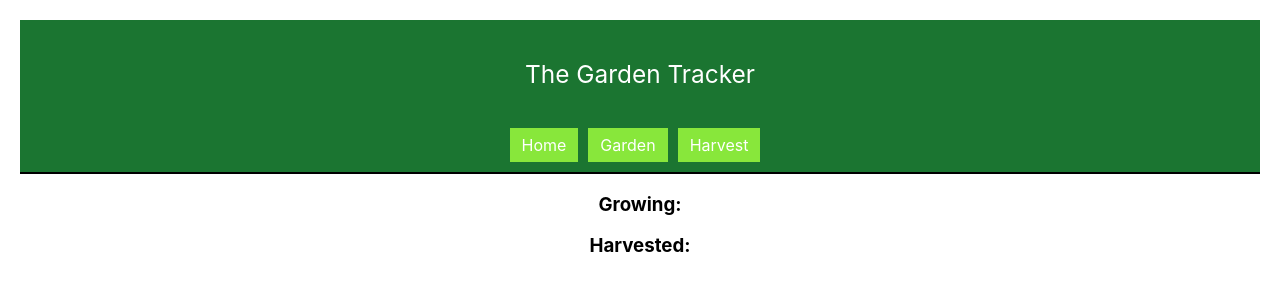
Repository: charliejp0311/ReactReduxFinal
Page: / (app in gardentracker/)
The author's editor kept a copy of each file at every save. The page is drawn from the files as they stood at one save, then again after the next save.
The browser window is 1280 px wide. The pictures show the whole page.
The page's requests for data from a server got no answer. The project was rebuilt for these pictures with package versions that can differ from the ones it lists, and the page was loaded fresh each time. No one was signed in, and anything a server would have sent is missing. Also part of the build but not shown: gardentracker/src/components/plantForm.js, gardentracker/src/components/GardenPlant.js, gardentracker/src/components/HarvestPlant.js, gardentracker/src/components/plantList.js, gardentracker/src/components/sideNav.js, gardentracker/src/containers/GardenContainer.js, gardentracker/src/containers/HarvestContainer.js, gardentracker/src/components/UpdatePlantForm.js and 4 more.

Above is the page before, as saved 2020-11-12 09:35:01.

### gardentracker/src/index.js
import React from 'react';
import ReactDOM from 'react-dom';
//style
import './index.css';
//APP
import App from './containers/App';
//Reducer
import reducer from './redux/index'
//router
import { BrowserRouter } from "react-router-dom";
//store and middleware
import { Provider } from 'react-redux';
import { applyMiddleware, createStore } from 'redux';
import { composeWithDevTools } from 'redux-devtools-extension';
import thunk from 'redux-thunk';

const store = createStore(reducer, composeWithDevTools(
  applyMiddleware(thunk),
));


ReactDOM.render(
  <Provider store={store}>
    <BrowserRouter>
      <App />
    </BrowserRouter>
  </Provider>,
  document.getElementById('root')
);

### gardentracker/src/containers/App.js
import React,{Component} from 'react';
import '../App.css';
import { connect } from 'react-redux';
import {startSetGardenbook} from '../redux/actions';
import {Switch,Route} from 'react-router-dom';
import GardenbookContainer from './GardenbookContainer';
import GardenContainer from './GardenContainer';
import HarvestContainer from './HarvestContainer';
import PlantContainer from './PlantContainer';
import NavBar from '../components/Navbar';
import HarvestedPlant from '../components/HarvestedPlant';

class App extends Component {


  componentDidMount(){
    this.props.startSetGardenbook();

  };

  render(){
    return (
      <div className="App">
          <header className="App-header">
            The Garden Tracker
          </header>
          <NavBar />
          <Switch>
            <Route exact path='/' render={(props)=><GardenbookContainer {...props} />} />
            <Route exact path='/garden' render={(props)=><GardenContainer {...props} />}/>
            <Route exact path='/harvest' render={(props)=><HarvestContainer {...props}/>}/>
            <Route exact path='/plants/:id' render={(props)=><PlantContainer {...props}  />}/>
            <Route exact path='/harvested_plant/:id' render={props=><HarvestedPlant {...props} />} />
          </Switch>
      </div>
    );
  };
}

export default connect(null, {startSetGardenbook})(App);

### gardentracker/src/redux/index.js
import { combineReducers } from 'redux';
import garden from './GardenReducer'

export default combineReducers({
    garden
})

### gardentracker/src/App.css
.App {
  text-align: center;
  transition: margin-left .5s;
  padding: 20px;
}

.App-logo {
  height: 40vmin;
  pointer-events: none;
}

/* @media (prefers-reduced-motion: no-preference) {
  .App-logo {
    animation: App-logo-spin infinite 20s linear;
  }
} */

.App-header {
  background-color: #1b7531;
  min-height: 15vh;
  display: flex;
  flex-direction: column;
  align-items: center;
  justify-content: center;
  font-size: calc(10px + 2vmin);
  color: white;
}
.sidenav {
  height: 100%;
  width: 15%;
  position: fixed;
  z-index: 1;
  top: 15vh;
  left: 0;
  background-color: #1b7531;
  overflow-x: hidden;
  padding-top: 60px;
  transition: 0.5s;
}

/* The navigation menu links */
.sidenav a {
  padding: 8px 8px 8px 32px;
  text-decoration: none;
  font-size: 25px;
  color: #818181;
  display: block;
  transition: 0.3s;
}

/* When you mouse over the navigation links, change their color */
.sidenav a:hover {
  color: #f1f1f1;
}

/* Position and style the close button (top right corner) */
.sidenav .closebtn {
  position: absolute;
  top: 0;
  right: 25px;
  font-size: 36px;
  margin-left: 50px;
}



/* On smaller screens, where height is less than 450px, change the style of the sidenav (less padding and a smaller font size) */
@media screen and (max-height: 450px) {
  .sidenav {
    padding-top: 15px;
  }

  .sidenav a {
    font-size: 18px;
  }
}

ul {
  list-style: none;
}

.garden div {
  column-count: auto;
}
.App-link {
  color: #beebf8;
}

.garden {
  display: grid;
  grid-template-columns: 3fr;
  grid-template-rows: auto;
  grid-gap: 25px;
  padding-top: 10px;
  padding-bottom: 30px;
}

.plant {
  height: auto;
  width: auto;
  box-shadow: 10px 10px grey;
  padding: 10px;
  border-radius: 10px;
}

.navBar a:link,
.navBar a:visited {
  background-color: #88e73b;
  color: white;
  padding: 7px 12px;
  text-align: center;
  text-decoration: none;
  display: inline-block;
}

.navBar a:hover,
.navBar a:active {
  background-color: #1b7531;
}

@keyframes App-logo-spin {
  from {
    transform: rotate(0deg);
  }
  to {
    transform: rotate(360deg);
  }
}

### gardentracker/src/redux/actions.js

export const startSetGardenbook = () => {
    return(dispatch, getState)=>{
        fetch('http://localhost:3001/gardenbooks/1')
            .then(resp=>resp.json())
            .then(data=> dispatch(setGardenbook(data)))
    };
};

export const startAddPlant = (plantData={}) => {
    const {name,description,gardenbook_id} = plantData;
    const plant ={
        name,
        description,
        gardenbook_id,
    };
    let configObj = {
        method: "POST",
        headers: {
            "Content-Type": "application/json",
            "Accept": "application/json"
        },
        body: JSON.stringify(plant)
    };
    return (dispatch, getState) =>{
        fetch(`http://localhost:3001/plants`, configObj )
        .then(resp=>resp.json())
        .then(json=>dispatch(addPlant(json)))
    };
};

export const startUpdatePlant = (plantData={}) => {
    const {name,description,gardenbook_id, id, growing} = plantData;
    const plant ={
        id,
        name,
        description,
        gardenbook_id,
        growing,
    };
    let configObj = {
        method: "PATCH",
        headers: {
            "Content-Type": "application/json",
            "Accept": "application/json"
        },
        body: JSON.stringify(plant)
    };
    return (dispatch, getState) =>{
        fetch(`http://localhost:3001/plants/${plant.id}`, configObj )
        .then(resp=>resp.json())
        .then(json=>dispatch(updatePlant(json)))
    };
};

export const startDeletePlant = (plantData={}) => {
    const {name,description,gardenbook_id, id, growing} = plantData;
    const plant ={
        id,
        name,
        description,
        gardenbook_id,
        growing,
    };
    let configObj = {
        method: "DELETE",
        headers: {
            "Content-Type": "application/json",
            "Accept": "application/json"
        },
        body: JSON.stringify(plant)
    };
    return (dispatch, getState) =>{
        fetch(`http://localhost:3001/plants/${plant.id}`, configObj )
        .then(resp=>resp.json())
        .then(json=>dispatch(deletePlant(json)))
    };
};
export const startDeleteNote = (id = '') => {
    const note = {
        id: id,
    }
    let configObj = {
        method: "DELETE",
        headers: {
            "Content-Type": "application/json",
            "Accept": "application/json"
        },
        body: JSON.stringify(note),
    };
    return (dispatch, getState) =>{
        fetch(`http://localhost:3001/notes/${note.id}`, configObj )
        .then(resp=>resp.json())
        .then(json=>dispatch(deleteNote(json)))
    };
};

export const startAddNote = (noteData={}) => {
    const {note,plant_id,gardenbook_id,actionId} = noteData;
    const newNote ={
        note,
        plant_id,
        gardenbook_id,
        action_id: actionId
    };
    let configObj = {
        method: "POST",
        headers: {
            "Content-Type": "application/json",
            "Accept": "application/json"
        },
        body: JSON.stringify(newNote)
    };
    return (dispatch, getState) =>{
        fetch(`http://localhost:3001/notes`, configObj )
        .then(resp=>resp.json())
        .then(json=>dispatch(addNote(json)))
    };
};

export const setGardenbook = (book)=>{
    return{
        type: "SET_GARDENBOOK",
        book
    }
}


//PLANTS
export const addPlant = (plant) => {
    return {type: 'ADD_PLANT',plant}
}
export const updatePlant = (plant) =>{
    return {type: 'UPDATE_PLANT',plant}
}
export const deletePlant = (plant) => {
    return {type: 'DELETE_PLANT',plant}
}
export const harvestPlant = (plant) => {
    return {type: 'HARVEST_PLANT',plant}
}

////NOTES

export const addNote = (note) => {
    return {type: 'ADD_NOTE',note}
}
export const deleteNote = (note) => {
    return {type: 'DELETE_NOTE',note}
}

### gardentracker/src/containers/GardenbookContainer.js
import React,{Component} from 'react';
import {connect} from 'react-redux';



class GardenbookContainer extends Component{

    render(){
        let inGarden = this.props.garden.map(p=>{return(<li key={p.id}>{p.name}</li>)})
        let harvested = this.props.harvest.map(p=>{return(<li key={p.id}>{p.name}</li>)})

        return(
        <div>
            <div>
                <h3>Growing:</h3>
                <ul>{inGarden}</ul>
            </div>
            <div>
                <h3>Harvested:</h3>
                <ul>{harvested}</ul>
            </div>
        </div>
        );
    };
};

const mapStateToProps = state => {
    return{
        id: state.garden.id,
        garden: state.garden.garden,
        harvest: state.garden.harvest,
    }
}


export default connect(mapStateToProps)(GardenbookContainer);

### gardentracker/src/components/Navbar.js
import React from 'react';
import { NavLink } from 'react-router-dom';

const NavBar = () => {
  return (
    <div className='navBar' style={{ borderBottom: '2px solid black', paddingBottom: '10px', marginBottom: '12px', background: '#1b7531' }}>
      <NavLink
        style={{ marginRight: '10px' }}
        to="/"
      >
        Home
      </NavLink>
      <NavLink
        style={{ marginRight: '10px' }}
        to="/garden"
      >
        Garden
      </NavLink>
      <NavLink
        style={{ marginRight: '10px' }}
        to="/harvest"
      >
        Harvest
      </NavLink>
    </div>
  );
}

export default NavBar;

### gardentracker/src/redux/GardenReducer.js
export default function garden (state = {
    id: '',
    garden: [],
    harvest: [],
    notes: [],
    actions: []
},action){
    switch (action.type) {
        case 'SET_GARDENBOOK':
            let parts = action.book.included
            let gl = []
            let hl = []
            let nl = []
            let al = []
            parts.forEach(part => {
                switch (part.type) {
                    case "action":
                        al.push(part.attributes)
                        break;
                    case "note":
                        nl.push(part.attributes)

                        break;
                    case "plant":
                        if(part.attributes.growing){
                            gl.push(part.attributes)
                        } else {
                            hl.push(part.attributes)
                        }
                        break;

                    default:
                        break;
                }
            });
            return {
                id: action.book.data.id,
                notes: nl,
                garden: gl,
                harvest: hl,
                actions: al,
            };

        case 'ADD_PLANT':
            return {
                ...state,
                garden: state.garden.concat({name: action.plant.name})
            };
        case 'UPDATE_PLANT':
            const plant = action.plant.data.attributes
            const {garden} = state
            const newG = garden.slice(0,plant.id-1)
            newG.push(plant, ...garden.slice(plant.id,garden.length))

            return {
                ...state,
                garden: newG,
            };
        case 'ADD_NOTE':
            const notesData = action.note.data
            const actionsData = action.note.included
            const actions = actionsData.map(action=>{return(action.attributes)})
            const notes = notesData.map(note=>{return(note.attributes)})
            return {
                ...state,
                notes: notes,
                actions: actions,
            };

        case 'DELETE_PLANT':
            const plants = action.plant.included;
            const freshGarden = plants.filter(plant=>plant.attributes.growing ? plant.attributes : null)

            return {
                ...state,
                garden: freshGarden.flat(),
            };
        case 'DELETE_NOTE':
            const allNotes = action.note.included;
            const ns = allNotes.map(note=>{return(note.attributes)});

            return {
                ...state,
                notes: ns,
            };

        case 'HARVEST_PLANT':
            let p = state.plants.filter(plant=>plant.name===action.plant.name) ;
            let inTheGarden = state.plants.filter(plant=>plant.name!==action.plant.name);
            return{
                ...state,
                plants: inTheGarden,
                harvest: state.harvest.concat(p),
            };

        default:
            return state;
    };
};

Loaded but not shown: gardentracker/public/index.html (common file); gardentracker/src/index.css (common file)

After the next save:
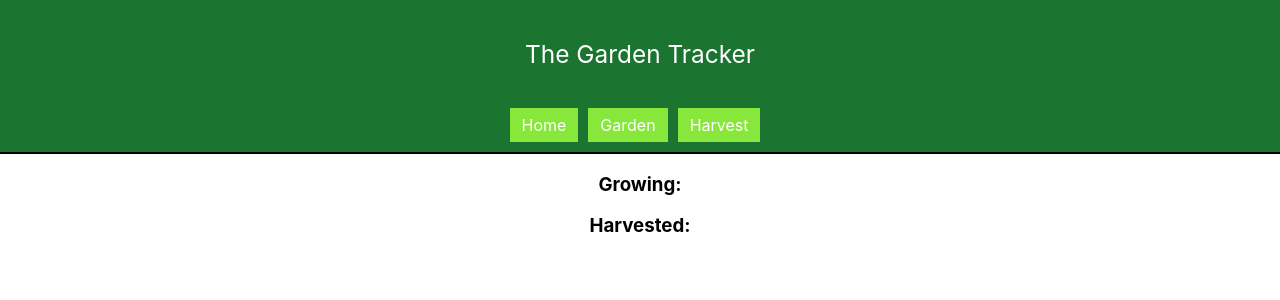
Saved 28 s later.
--- a/gardentracker/src/App.css
+++ b/gardentracker/src/App.css
@@ -1,7 +1,6 @@
 .App {
   text-align: center;
   transition: margin-left .5s;
-  padding: 20px;
 }
 
 .App-logo {
@@ -81,6 +80,8 @@ ul {
 
 .garden div {
   column-count: auto;
+  padding: 20px;
+
 }
 .App-link {
   color: #beebf8;
